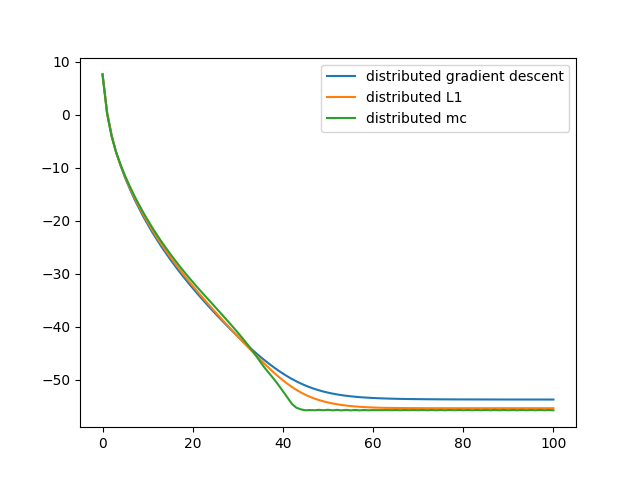
Repository: komuro-zero/distributed-optimization
Script's output: python main_wj_noisyd.py
These files come from the project's save history. The script's output is drawn as it stood at one moment and after the next save; the edit follows.
Random numbers start from a fixed seed.

Above is the script's output before, as saved 2019-09-24 14:09:40.

### main_wj_noisyd.py
import numpy as np
import matplotlib.pyplot as plt
from numpy.random import *
from modules.distributed_functions_wj import functions


#np.random.seed(0)
class distributed_updates(functions):


    def __init__(self):

        self.N = 30
        self.m = 100
        self.r_i = 40
        self.iteration = 100
        self.sparsity_percentage = 0.2
        self.lamb = 10**-2
        self.eta = 0.23
        self.rho = self.lamb*(20**2)
        if self.lamb/self.rho <= self.eta*self.lamb:
            print("faulty rho")
            exit()

    def make_variables(self):
        """
        w_star,U_all,d_allを返㝙
        """
        w = randn(self.N,1)
        w_star = self.w_star_weakly_sparse_sample(self.N,self.sparsity_percentage)
        print(w_star)
        U_all = randn(self.m,self.N)
        w_star_noise = w_star+randn(self.N,1)/1000
        d_all = np.dot(U_all,w_star_noise)
        L2 = np.dot(w_star.T,w_star)

        return w,w_star,U_all,d_all,L2,w_star_noise

    def run(self):
        w,w_star,U_all,d_all,L2,w_star_noise = self.make_variables()
        c = self.adjacency_matrix(self.m,self.r_i)
        w_all = self.make_w(self.m,self.N)

        #error,wcgd = self.centralized_gradient_descent(U_all,d_all,w,w_star,L2,0.0035,self.iteration)
        #error,wcl1 = self.centralized_L1(U_all,d_all,w,w_star,L2,10**-4,0.0036,self.iteration)
        #error,wcmc = self.centralized_mc(U_all,d_all,w,w_star,L2,5*10**-1,0.0036,5*10**-1*(23.57**2),self.iteration)
        #self.distributed_gradient_descent_wj(U_all,d_all,w_star,L2,self.N,self.m,self.r_i,0.25,self.iteration,c,w_all,wcgd)
        #self.distributed_L1_wj(U_all,d_all,w_star,L2,self.N,self.m,self.r_i,10**-4,0.24,self.iteration,c,w_all,wcl1)
        #self.distributed_mc_wj(U_all,d_all,w_star,L2,self.N,self.m,self.r_i,self.lamb,self.eta,self.rho,self.iteration,c,w_all,wcmc)
        self.distributed_gradient_descent(U_all,d_all,w_star,L2,self.N,self.m,self.r_i,0.25,self.iteration,c,w_all)
        self.distributed_L1(U_all,d_all,w_star,L2,self.N,self.m,self.r_i,10**-4,0.24,self.iteration,c,w_all)
        self.distributed_mc(U_all,d_all,w_star,L2,self.N,self.m,self.r_i,self.lamb,self.eta,self.rho,self.iteration,c,w_all)

        #error = [cgd[-1],cl1,cmc[-1],dgd[-1],dl1[-1],dmc[-1]]
        #return error[-1]#w_star,w_star_noise,wcgd,wcl1,wcmc

"""
    #not completed
    def run_distributed(self):
        w,w_star,U_all,d_all,L2 = self.make_variables()

        lamb_l1 = 9*10**-5
        lamb_mc = 10**-3
        eta_gd = 0.1
        eta_l1 = 0.09
        eta_mc = 0.01

        self.distributed(U_all,d_all,w_star,L2,self.N,self.m,self.r_i,lamb_l1,lamb_mc,eta_gd,eta_l1,eta_mc,self.rho,self.iteration)
"""


if __name__ == "__main__":
    simulation = distributed_updates()
    cgd=cl1=cmc=dgd=dl1=dmc=[]
    for i in range(1):
        simulation.run()
        #cgd.append(error)
        """
        error = simulation.run()
        cgd.append(error[0])
        cl1.append(error[1])
        cmc.append(error[2])
        dgd.append(error[3])
        dl1.append(error[4])
        dmc.append(error[5])

        print("iteration:",i)
        """
    #times = range(len(cgd))

    #print("average:",sum(cgd)/len(cgd),"\n max:",max(cgd))
    #print("w_star:",w_star,"\nwcgd:",wcgd-w_star_noise,"\nwcl1:",wcl1-w_star_noise,"\nwcmc:",wcmc-w_star_noise)
    #plt.bar(times,cgd)
    plt.legend()
    plt.show()

### modules/distributed_functions_wj.py
#functions used in each simulations
import numpy as np
from numpy.random import *
import matplotlib.pyplot as plt

#np.random.seed(0)

class functions():
	def w_star(self,N,sparse_percentage):
		w_star = randn(N,1)     #平均は0
		before_length = len(w_star)
		after_length = before_length
		while (after_length / before_length) > sparse_percentage:
			a = randint(0,N-1)
			w_star[a] = 0
			after_length = len(np.unique(w_star))-1  #重複要素の削除
		return w_star

	def w_star_weakly_sparse(self,N,sparse_percentage):
		w_star = randn(N,1)     #平均は0
		before_length = len(w_star)
		after_length = before_length
		while (after_length / before_length) > sparse_percentage:
			a = randint(0,N-1)
			w_star[a] = 0
			after_length = len(np.unique(w_star))-1  #重複要素の削除
		for i in range(len(w_star)):
			if w_star[i] == 0:
				w_star[i] = 0.1*randn()
		return w_star

	def w_star_weakly_sparse_sample(self,N,sparse_percentage):
		w_star = self.w_star(N,sparse_percentage)
		for i in range(len(w_star)):
			if w_star[i] == 0:
				w_star[i] = 0.001
			else:
				w_star[i] = 1
		return w_star

	def db(self,x, y):
		db = 10 * np.log10(x / y)
		return db[0][0]

	def adjacency_matrix(self,m,r_i):
		"""
		disjointed example
		a = [1]*r_i
		b = [0]*(m-r_i)
		a.extend(b)
		c = [1]*r_i
		d = [0]*(m-r_i)
		d.extend(c)
		aa = [a]*int(m/2)
		dd = [d]*int(m/2)
		dd.extend(aa)
		result = np.array(dd)
		for i in range(len(result)):
			result[i][i]=1

		"""
		c = np.eye(m)
		for j in range(m):
			counter = 0
			while counter != r_i:
				random_num = np.random.randint(0,m-1)
				if c[j][random_num] != 1:
					c[j][random_num] = 1
					counter += 1
		return c

	def make_w(self,m,N):
		w = randn(N,1).T
		for i in range(m-1):
			w = np.concatenate((w,randn(N,1).T))
		return w

	def centralized_gradient_descent(self,Ut,d,w,w_star,L2,eta,iteration):
		error = [self.db(np.dot((w-w_star).T,w-w_star)[0],L2)]
		times = [0]
		one_error =0
		U = Ut.T
		for i in range(iteration):
			w = w - 2*eta*(np.dot(U,(np.dot(Ut,w)-d)))
			one_error = np.dot((w-w_star).T,w-w_star)[0]
			error.append(self.db(one_error,L2))
			times.append(i+1)
		#plt.plot(times,error,label = "centralized gradient descent")
		return error,w

	def centralized_L1(self,Ut,d,w,w_star,L2,lamb,eta,iteration):
		error = [self.db(np.dot((w-w_star).T,w-w_star)[0],L2)]
		times = [0]
		one_error =0
		U = Ut.T
		for i in range(iteration):
			w = w - 2*eta*(np.dot(U,(np.dot(Ut,w)-d)))
			for j in range(len(w)):
				if w[j] > 0 and lamb < abs(w[j]):
					w[j] -= lamb
				elif w[j] < 0 and lamb < abs(w[j]):
					w[j] += lamb
				else:
					w[j] = 0
			one_error = np.dot((w-w_star).T,w-w_star)[0]
			error.append(self.db(one_error,L2))
			times.append(i+1)
		#exec("plt.plot(times,error,label = 'centralized_L1')")
		return error,w

	def centralized_mc(self,Ut,d,w,w_star,L2,lamb,eta,rho,iteration):
		error = [self.db(np.dot((w-w_star).T,w-w_star)[0],L2)]
		times = [0]
		one_error =0
		U = Ut.T
		for i in range(iteration):
			w = w - 2*eta*(np.dot(U,(np.dot(Ut,w)-d)))
			for j in range(len(w)):
				if abs(w[j]) < eta*lamb:
					w[j] = 0
				elif eta*lamb < abs(w[j]) and abs(w[j]) < lamb/rho:
					w[j] = w[j]*(abs(w[j])-eta*lamb)/(abs(w[j])*(1-eta*rho))
				elif lamb/rho <= abs(w[j]):
					w[j] = w[j]
				else:
					print("banana")
			one_error = np.dot((w-w_star).T,w-w_star)[0]
			error.append(self.db(one_error,L2))
			times.append(i+1)
			one_error = 0
		#plt.plot(times,error,label = "centralized_mc")
		return error,w

	def one_gradient_descent(self,Ut,d,w,eta):
		U = Ut.T
		w = w - 2*eta*((U*(np.dot(Ut,w)-d)))
		return w

	def one_L1(self,Ut,d,w,lamb,eta):
		U = Ut.T
		w = w - 2*eta*((U*(np.dot(Ut,w)-d)))
		for j in range(len(w)):
			if w[j] > 0 and lamb < abs(w[j]):
				w[j] -= lamb
			elif w[j] < 0 and lamb < abs(w[j]):
				w[j] += lamb
			else:
				w[j] = 0
		return w

	def one_mc(self,Ut,d,w,lamb,eta,rho):
		U = Ut.T
		w = w - 2*eta*((U*(np.dot(Ut,w)-d)))
		for j in range(len(w)):
			if abs(w[j]) < eta*lamb:
				w[j] = 0
			elif eta*lamb < abs(w[j]) and abs(w[j]) < lamb/rho:
				w[j] = w[j]*(abs(w[j])-eta*lamb)/(abs(w[j])*(1-eta*rho))
			elif lamb/rho <= abs(w[j]):
				w[j] = w[j]
			else:
				print("banana")
		return w

	def distributed_gradient_descent(self,Ut,d,w_star,L2,N,m,r_i,eta,iteration,c,w_all_f):
		average_error = [0]
		for i in range(1,m+1,1):
			exec("u_%d = Ut[%d]" % (i,i-1))
			exec("d_%d = d[%d][0]" % (i,i-1))
			exec("w_%d = np.reshape(w_all_f[%d],(N,1)).ravel() " % (i,i-1))
			exec("w_next_%d = w_%d" % (i,i))
			exec("error_w_%d = []" % (i))
			exec("one_error_%d =[]" % (i))
			exec("average_error[0] += self.db(np.dot((w_%d-w_star.ravel()).T,w_%d-w_star.ravel()),L2)"%(i,i))
		average_error[0] = average_error[0]/m
		times = [0]
		for i in range(iteration):
			for j in range(1,m+1,1):
				exec("w_%d = self.one_gradient_descent(u_%d,d_%d,w_%d,eta)" % (j,j,j,j))
				exec("w_next_%d = w_%d" % (j,j))
			exec("w_all = [w_next_1]")
			for j in range(2,m+1):
				exec("w_all = np.concatenate((w_all,[w_next_%d]))" %(j))
			exec("average = (1/(r_i+1))*np.dot(c,w_all)")
			for j in range(1,m+1,1):
				exec("w_%d = average[%d]" % (j,j-1))
			for j in range(1,m+1,1):
				exec("one_error_%d = np.dot((w_%d-w_star.ravel()).T,w_%d-w_star.ravel())" % (j,j,j))
				#exec("print(one_error_%d)"%(j))
				exec("error_w_%d.append(self.db(one_error_%d,L2))" % (j,j))
			times.append(i+1)
		for i in range(iteration):
			exec("average_error.append(error_w_1[%d])" % (i))
			for j in range(2,m+1,1):
				exec("average_error[%d] += error_w_%d[%d]" % (i+1,j,i))
			average_error[i+1] = average_error[i+1]/m
		exec("plt.plot(times,average_error,label = 'distributed gradient descent')")
		return average_error

	def distributed_L1(self,Ut,d,w_star,L2,N,m,r_i,lamb,eta,iteration,c,w_all_f):
		average_error = [0]
		for i in range(1,m+1,1):
			exec("u_%d = Ut[%d]" % (i,i-1))
			exec("d_%d = d[%d][0]" % (i,i-1))
			exec("w_%d = np.reshape(w_all_f[%d],(N,1)).ravel() " % (i,i-1))
			exec("w_next_%d = w_%d" % (i,i))
			exec("error_w_%d = []" % (i))
			exec("one_error_%d =[]" % (i))
			exec("average_error[0] += self.db(np.dot((w_%d-w_star.ravel()).T,w_%d-w_star.ravel()),L2)"%(i,i))
		average_error[0] = average_error[0]/m

		times = [0]
		for i in range(iteration):
			for j in range(1,m+1,1):
				exec("w_%d = self.one_L1(u_%d,d_%d,w_%d,lamb,eta)" % (j,j,j,j))
				exec("w_next_%d = w_%d" % (j,j))
			exec("w_all = [w_next_1]")
			for j in range(2,m+1):
				exec("w_all = np.concatenate((w_all,[w_next_%d]))" %(j))
			exec("average = (1/(r_i+1))*np.dot(c,w_all)")
			for j in range(1,m+1,1):
				exec("w_%d = average[%d]" % (j,j-1))
			for j in range(1,m+1,1):
				exec("one_error_%d = np.dot((w_%d-w_star.ravel()).T,w_%d-w_star.ravel())" % (j,j,j))
				exec("error_w_%d.append(self.db(one_error_%d,L2))" % (j,j))
			times.append(i+1)
		for i in range(iteration):
			exec("average_error.append(error_w_1[%d])" % (i))
			for j in range(2,m+1,1):
				exec("average_error[%d] += error_w_%d[%d]" % (i+1,j,i))
			average_error[i+1] = average_error[i+1]/m
		exec("plt.plot(times,average_error,label = 'distributed L1')")
		return average_error

	def distributed_mc(self,Ut,d,w_star,L2,N,m,r_i,lamb,eta,rho,iteration,c,w_all_f):
		average_error = [0]
		for i in range(1,m+1,1):
			exec("u_%d = Ut[%d]" % (i,i-1))
			exec("d_%d = d[%d][0]" % (i,i-1))
			exec("w_%d = np.reshape(w_all_f[%d],(N,1)).ravel() " % (i,i-1))
			exec("w_next_%d = w_%d" % (i,i))
			exec("error_w_%d = []" % (i))
			exec("one_error_%d =[]" % (i))
			exec("average_error[0] += self.db(np.dot((w_%d-w_star.ravel()).T,w_%d-w_star.ravel()),L2)"%(i,i))
		average_error[0] = average_error[0]/m
		times = [0]
		for i in range(iteration):
			for j in range(1,m+1,1):
				exec("w_%d = self.one_mc(u_%d,d_%d,w_%d,lamb,eta,rho)" % (j,j,j,j))
				exec("w_next_%d = w_%d" % (j,j))
			exec("w_all = [w_next_1]")
			for j in range(2,m+1):
				exec("w_all = np.concatenate((w_all,[w_next_%d]))" %(j))
			exec("average = (1/(r_i+1))*np.dot(c,w_all)")
			for j in range(1,m+1,1):
				exec("w_%d = average[%d]" % (j,j-1))
			for j in range(1,m+1,1):
				exec("one_error_%d = np.dot((w_%d-w_star.ravel()).T,w_%d-w_star.ravel())" % (j,j,j))

				exec("error_w_%d.append(self.db(one_error_%d,L2))" % (j,j))
			times.append(i+1)
		for i in range(iteration):
			exec("average_error.append(error_w_1[%d])" % (i))
			for j in range(2,m+1,1):
				exec("average_error[%d] += error_w_%d[%d]" % (i+1,j,i))
			average_error[i+1] = average_error[i+1]/m
		exec("plt.plot(times,average_error,label = 'distributed mc')")
		return average_error

	def distributed_gradient_descent_wj(self,Ut,d,w_star,L2,N,m,r_i,eta,iteration,c,w_all_f,wj):
		average_error = [0]
		L2wj = np.dot(wj.T,wj)
		for i in range(1,m+1,1):
			exec("u_%d = Ut[%d]" % (i,i-1))
			exec("d_%d = d[%d][0]" % (i,i-1))
			exec("w_%d = np.reshape(w_all_f[%d],(N,1)).ravel() " % (i,i-1))
			exec("w_next_%d = w_%d" % (i,i))
			exec("error_w_%d = []" % (i))
			exec("one_error_%d =[]" % (i))
			exec("average_error[0] += self.db(np.dot((w_%d-wj.ravel()).T,w_%d-wj.ravel()),L2wj)"%(i,i))
		average_error[0] = average_error[0]/m
		times = [0]
		for i in range(iteration):
			for j in range(1,m+1,1):
				exec("w_%d = self.one_gradient_descent(u_%d,d_%d,w_%d,eta)" % (j,j,j,j))
				exec("w_next_%d = w_%d" % (j,j))
			exec("w_all = [w_next_1]")
			for j in range(2,m+1):
				exec("w_all = np.concatenate((w_all,[w_next_%d]))" %(j))
			exec("average = (1/(r_i+1))*np.dot(c,w_all)")
			for j in range(1,m+1,1):
				exec("w_%d = average[%d]" % (j,j-1))
			for j in range(1,m+1,1):
				exec("one_error_%d = np.dot((w_%d-wj.ravel()).T,w_%d-wj.ravel())" % (j,j,j))
				#exec("print(one_error_%d)"%(j))
				exec("error_w_%d.append(self.db(one_error_%d,L2wj))" % (j,j))
			times.append(i+1)
		for i in range(iteration):
			exec("average_error.append(error_w_1[%d])" % (i))
			for j in range(2,m+1,1):
				exec("average_error[%d] += error_w_%d[%d]" % (i+1,j,i))
			average_error[i+1] = average_error[i+1]/m
		#exec("plt.plot(times,average_error,label = 'wj distributed gradient descent')")
		return average_error

	def distributed_L1_wj(self,Ut,d,w_star,L2,N,m,r_i,lamb,eta,iteration,c,w_all_f,wj):
		average_error = [0]
		L2wj = np.dot(wj.T,wj)
		for i in range(1,m+1,1):
			exec("u_%d = Ut[%d]" % (i,i-1))
			exec("d_%d = d[%d][0]" % (i,i-1))
			exec("w_%d = np.reshape(w_all_f[%d],(N,1)).ravel() " % (i,i-1))
			exec("w_next_%d = w_%d" % (i,i))
			exec("error_w_%d = []" % (i))
			exec("one_error_%d =[]" % (i))
			exec("average_error[0] += self.db(np.dot((w_%d-wj.ravel()).T,w_%d-wj.ravel()),L2wj)"%(i,i))
		average_error[0] = average_error[0]/m

		times = [0]
		for i in range(iteration):
			for j in range(1,m+1,1):
				exec("w_%d = self.one_L1(u_%d,d_%d,w_%d,lamb,eta)" % (j,j,j,j))
				exec("w_next_%d = w_%d" % (j,j))
			exec("w_all = [w_next_1]")
			for j in range(2,m+1):
				exec("w_all = np.concatenate((w_all,[w_next_%d]))" %(j))
			exec("average = (1/(r_i+1))*np.dot(c,w_all)")
			for j in range(1,m+1,1):
				exec("w_%d = average[%d]" % (j,j-1))
			for j in range(1,m+1,1):
				exec("one_error_%d = np.dot((w_%d-wj.ravel()).T,w_%d-wj.ravel())" % (j,j,j))
				exec("error_w_%d.append(self.db(one_error_%d,L2wj))" % (j,j))
			times.append(i+1)
		for i in range(iteration):
			exec("average_error.append(error_w_1[%d])" % (i))
			for j in range(2,m+1,1):
				exec("average_error[%d] += error_w_%d[%d]" % (i+1,j,i))
			average_error[i+1] = average_error[i+1]/m
		exec("plt.plot(times,average_error,label = 'wj distributed L1')")
		return average_error

	def distributed_mc_wj(self,Ut,d,w_star,L2,N,m,r_i,lamb,eta,rho,iteration,c,w_all_f,wj):
		average_error = [0]
		L2wj = np.dot(wj.T,wj)
		for i in range(1,m+1,1):
			exec("u_%d = Ut[%d]" % (i,i-1))
			exec("d_%d = d[%d][0]" % (i,i-1))
			exec("w_%d = np.reshape(w_all_f[%d],(N,1)).ravel() " % (i,i-1))
			exec("w_next_%d = w_%d" % (i,i))
			exec("error_w_%d = []" % (i))
			exec("one_error_%d =[]" % (i))
			exec("average_error[0] += self.db(np.dot((w_%d-wj.ravel()).T,w_%d-wj.ravel()),L2wj)"%(i,i))
		average_error[0] = average_error[0]/m
		times = [0]
		for i in range(iteration):
			for j in range(1,m+1,1):
				exec("w_%d = self.one_mc(u_%d,d_%d,w_%d,lamb,eta,rho)" % (j,j,j,j))
				exec("w_next_%d = w_%d" % (j,j))
			exec("w_all = [w_next_1]")
			for j in range(2,m+1):
				exec("w_all = np.concatenate((w_all,[w_next_%d]))" %(j))
			exec("average = (1/(r_i+1))*np.dot(c,w_all)")
			for j in range(1,m+1,1):
				exec("w_%d = average[%d]" % (j,j-1))
			for j in range(1,m+1,1):
				exec("one_error_%d = np.dot((w_%d-wj.ravel()).T,w_%d-wj.ravel())" % (j,j,j))

				exec("error_w_%d.append(self.db(one_error_%d,L2wj))" % (j,j))
			times.append(i+1)
		for i in range(iteration):
			exec("average_error.append(error_w_1[%d])" % (i))
			for j in range(2,m+1,1):
				exec("average_error[%d] += error_w_%d[%d]" % (i+1,j,i))
			average_error[i+1] = average_error[i+1]/m
		exec("plt.plot(times,average_error,label = 'wj distributed mc')")
		return average_error

After the next save:
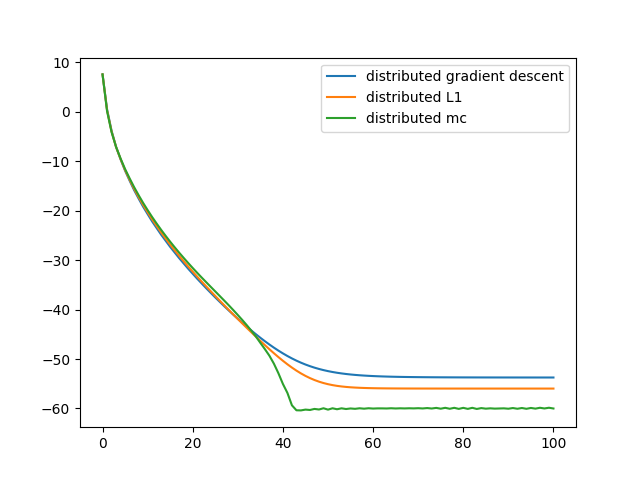
Saved 17 s later.
--- a/modules/distributed_functions_wj.py
+++ b/modules/distributed_functions_wj.py
@@ -33,7 +33,7 @@ class functions():
 		w_star = self.w_star(N,sparse_percentage)
 		for i in range(len(w_star)):
 			if w_star[i] == 0:
-				w_star[i] = 0.001
+				w_star[i] = 0.0001
 			else:
 				w_star[i] = 1
 		return w_star
